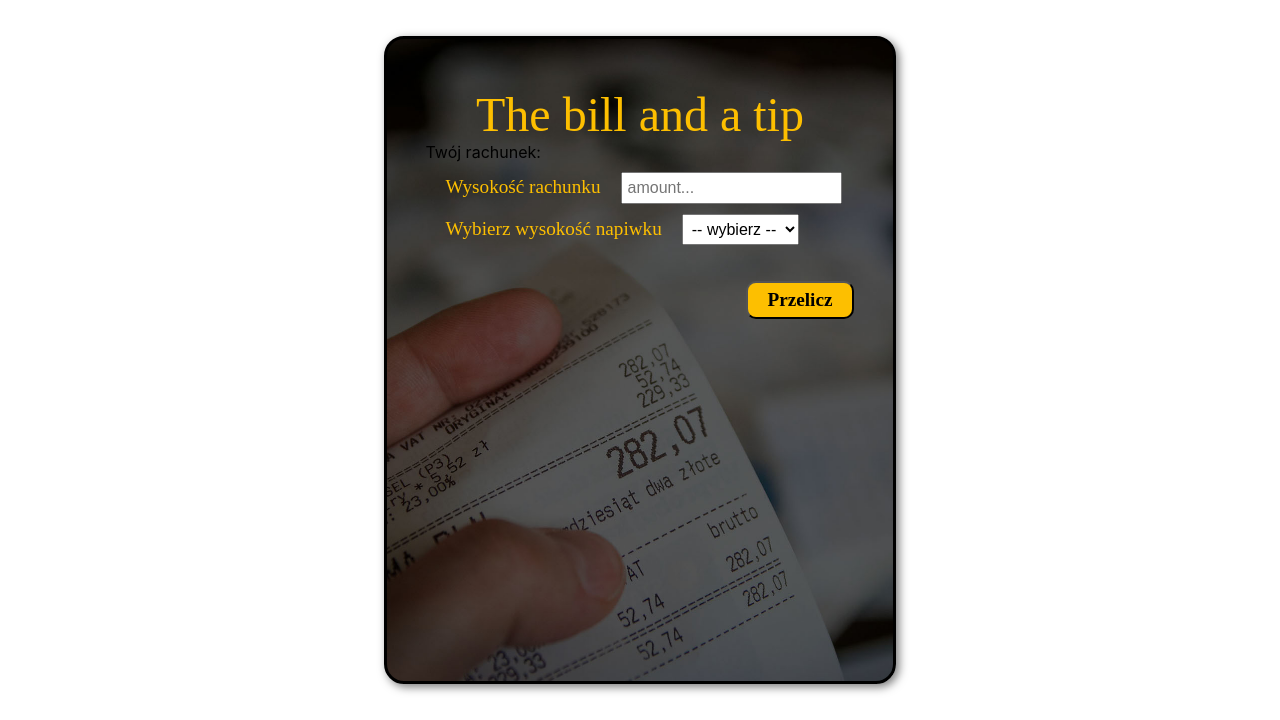
Repository: KrzysKolo/sr_tydzien4_zad1
Page: /
These files come from the project's save history. The page is drawn as it stood at one moment and after the next save; the edit follows.
The browser window is 1280 px wide. The pictures show the whole page.
Some web fonts or font styles are not loaded; a fallback is used. The project was rebuilt for these pictures with package versions that can differ from the ones it lists, and the page was loaded fresh each time.

Above is the page before, as saved 2020-11-06 10:55:30.

After the next save:
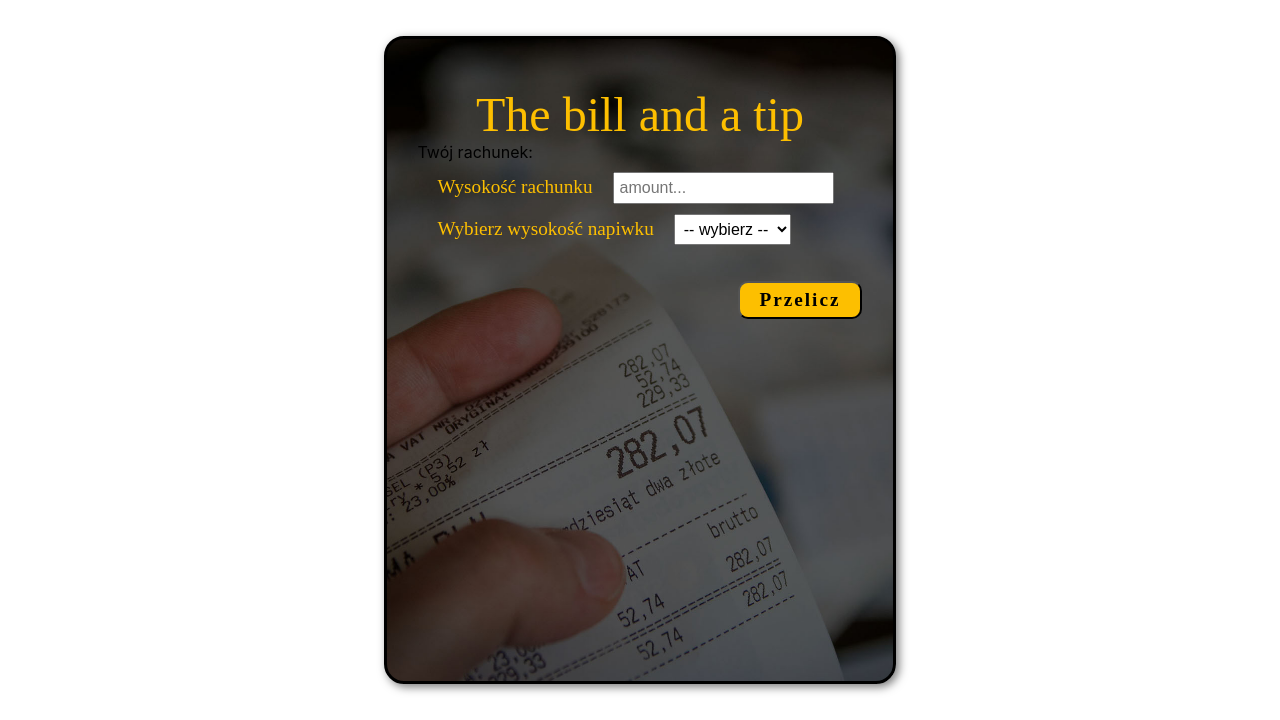
Saved 33 s later.
--- a/src/components/BillCard.css
+++ b/src/components/BillCard.css
@@ -37,6 +37,7 @@
   margin: 5vh auto 2vh 25vw;
   padding: 6px 20px;
   transition: all ease-in-out 0.3s;
+  letter-spacing: 2px;
   font-weight: bold;
 }
 .btn__BillCard:hover {
